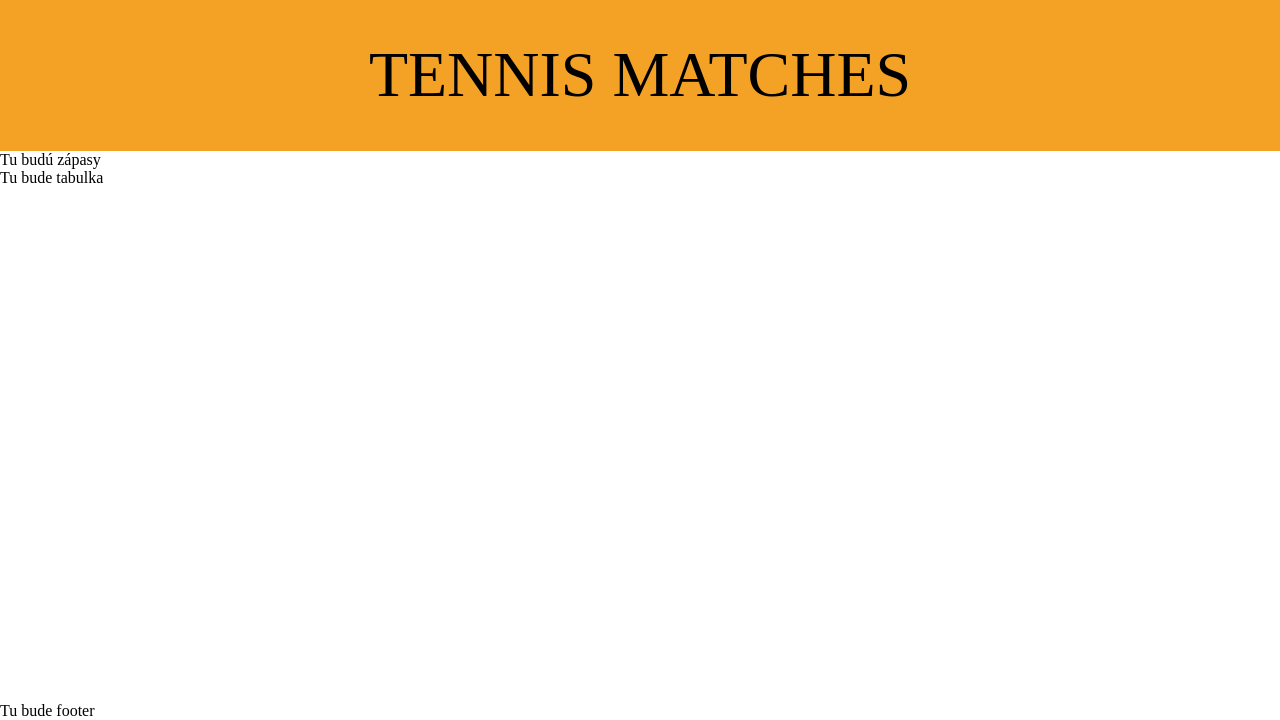
Repository: Badynko/tenis-app
Page: /
The author's editor kept a copy of each file at every save. The page is drawn from the files as they stood at one save, then again after the next save.
The browser window is 1280 px wide. The pictures show the whole page.
The project was rebuilt for these pictures with package versions that can differ from the ones it lists, and the page was loaded fresh each time.

Above is the page before, as saved 2024-07-10 15:23:05.

### src/index.css
* {
  margin: 0;
  padding: 0;
  box-sizing: border-box;
}

.app {
  width: 100%;
  height: 100vh;
  display: grid;
  grid-template-rows: auto auto 1fr auto;
}

h1 {
  text-align: center;
  background-color: #f4a226;
  font-family: "Monoton";
  font-size: 4rem;
  text-transform: uppercase;
  font-weight: 400;
  padding: 2.4rem 0;
}

### src/App.js
export default function App() {
  return (
    <div className="app">
      <Header />
      <Matches />
      <Table />
      <Stats />
    </div>
  );
}

function Header() {
  return <h1>Tennis Matches</h1>;
}

function Matches() {
  return (
    <div>
      <p>Tu budú zápasy</p>
    </div>
  );
}

function Table() {
  return (
    <div>
      <p>Tu bude tabulka</p>
    </div>
  );
}

function Stats() {
  return (
    <footer className="stats">
      <p>Tu bude footer</p>
    </footer>
  );
}

Loaded but not shown: public/index.html (common file); src/index.js (common file)

After the next save:
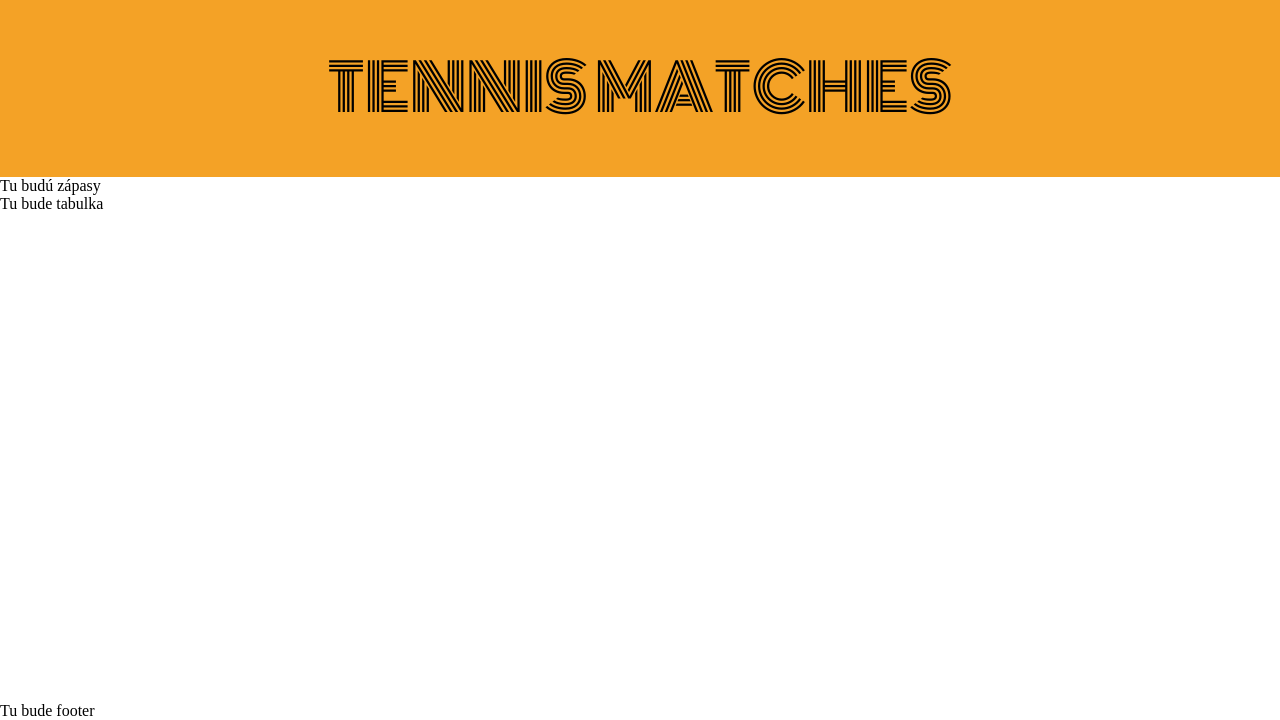
Saved 21 s later.
--- a/src/index.css
+++ b/src/index.css
@@ -1,3 +1,5 @@
+@import url("https://fonts.googleapis.com/css2?family=Monoton&family=Quicksand:wght@500;700&display=swap");
+
 * {
   margin: 0;
   padding: 0;
